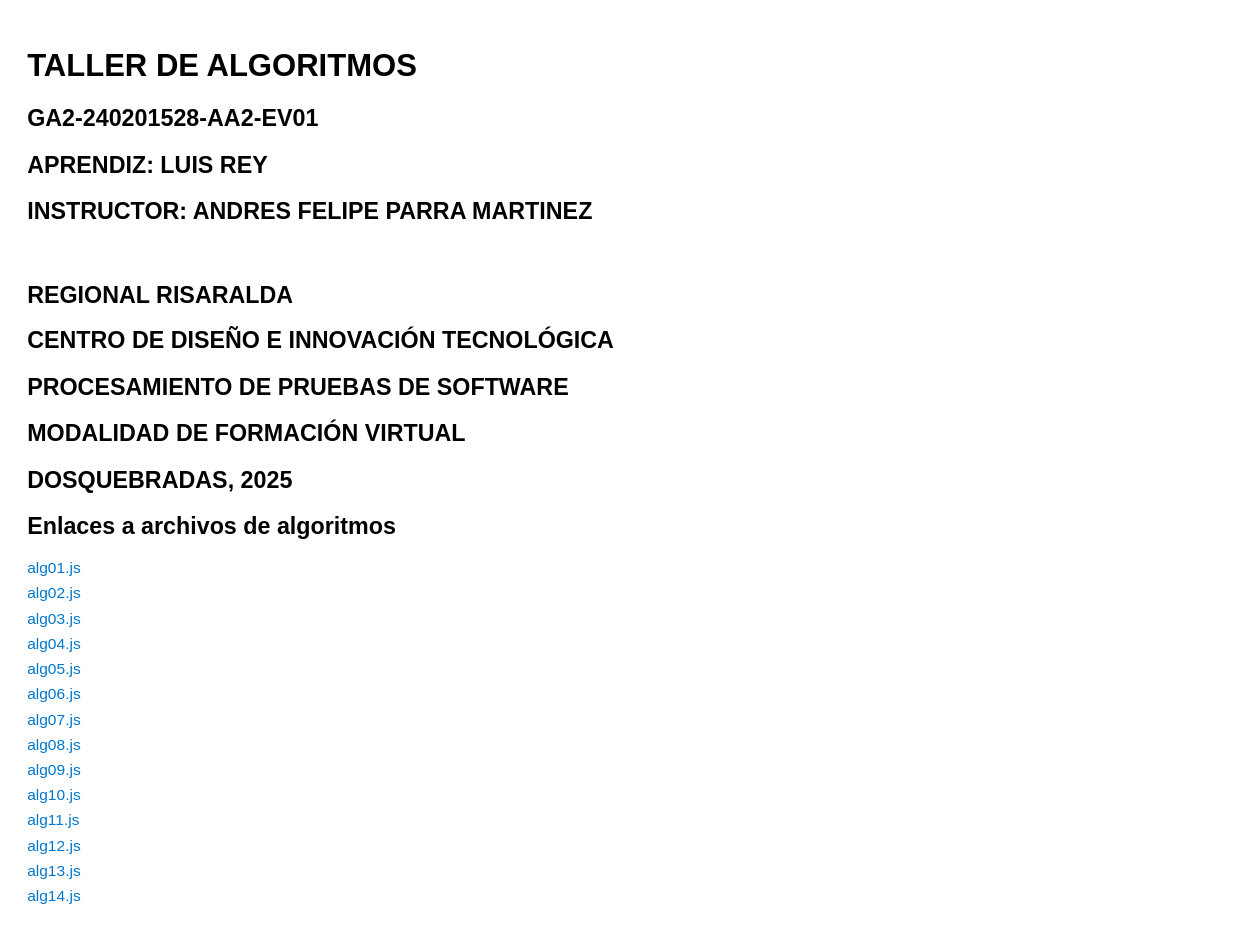
Repository: rlhardrock/SENATallerAlgoritmos01
Page: algoritmo.html
The author's editor kept a copy of each file at every save. The page is drawn from the files as they stood at one save, then again after the next save.
The browser window is 1280 px wide. The pictures show the whole page, at 97% of full size.

Above is the page before, as saved 2025-04-23 16:22:24.

After the next save:
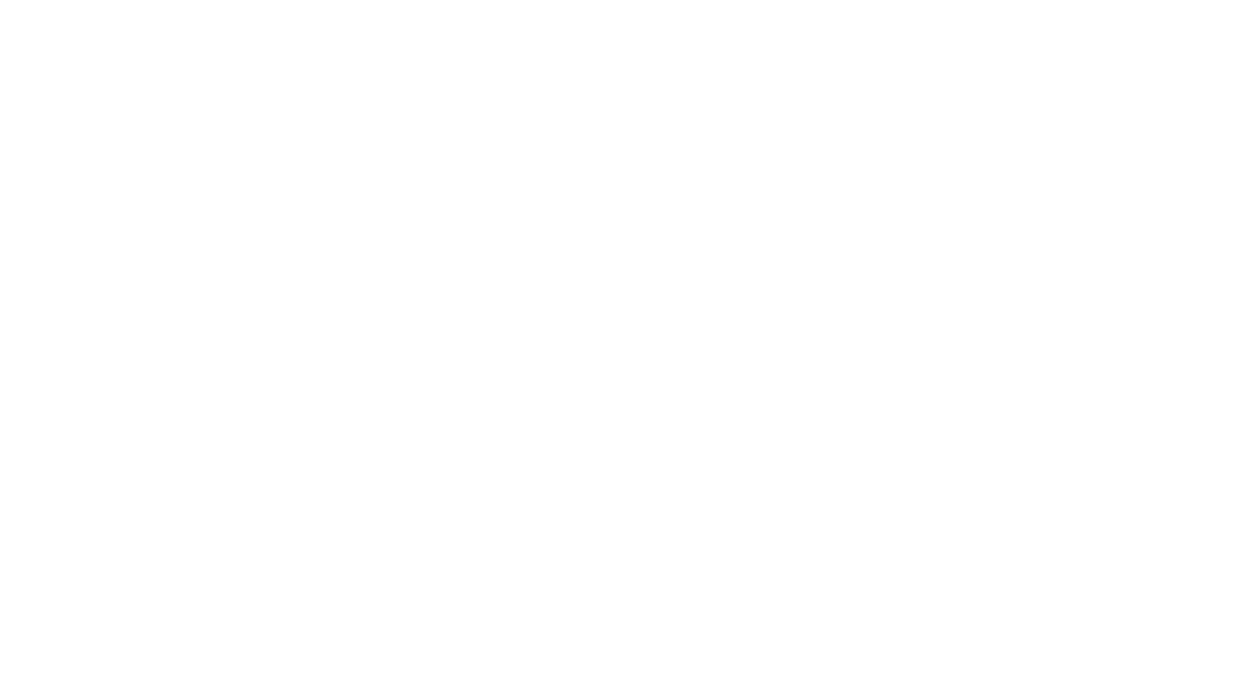
Saved 7 s later.
--- a/algoritmo.html
+++ b/algoritmo.html
@@ -37,38 +37,7 @@
 <body>
 
 
-  <div>
-    <h1>TALLER DE ALGORITMOS</h1>
-    <h2>GA2-240201528-AA2-EV01</h2>
-    <h2>APRENDIZ: LUIS REY</h2>
-    <h2>INSTRUCTOR: ANDRES FELIPE PARRA MARTINEZ</h2>
-    <br>
-    <h2>REGIONAL RISARALDA</h2>
-    <h2>CENTRO DE DISEÑO E INNOVACIÓN TECNOLÓGICA</h2>
-    <h2>PROCESAMIENTO DE PRUEBAS DE SOFTWARE</h2>
-    <h2>MODALIDAD DE FORMACIÓN VIRTUAL</h2>
-    <h2>DOSQUEBRADAS, 2025</h2>
-  </div>
 
-  <div>
-    <h2>Enlaces a archivos de algoritmos</h2>
-    <ul>
-        <li><a href="alg01.js">alg01.js</a></li>
-        <li><a href="alg02.js">alg02.js</a></li>
-        <li><a href="alg03.js">alg03.js</a></li>
-        <li><a href="alg04.js">alg04.js</a></li>
-        <li><a href="alg05.js">alg05.js</a></li>
-        <li><a href="alg06.js">alg06.js</a></li>
-        <li><a href="alg07.js">alg07.js</a></li>
-        <li><a href="alg08.js">alg08.js</a></li>
-        <li><a href="alg09.js">alg09.js</a></li>
-        <li><a href="alg10.js">alg10.js</a></li>
-        <li><a href="alg11.js">alg11.js</a></li>
-        <li><a href="alg12.js">alg12.js</a></li>
-        <li><a href="alg13.js">alg13.js</a></li>
-        <li><a href="alg14.js">alg14.js</a></li>
-    </ul>
-  </div>
 
 </body>
 </html>

After the 4 saves that followed:
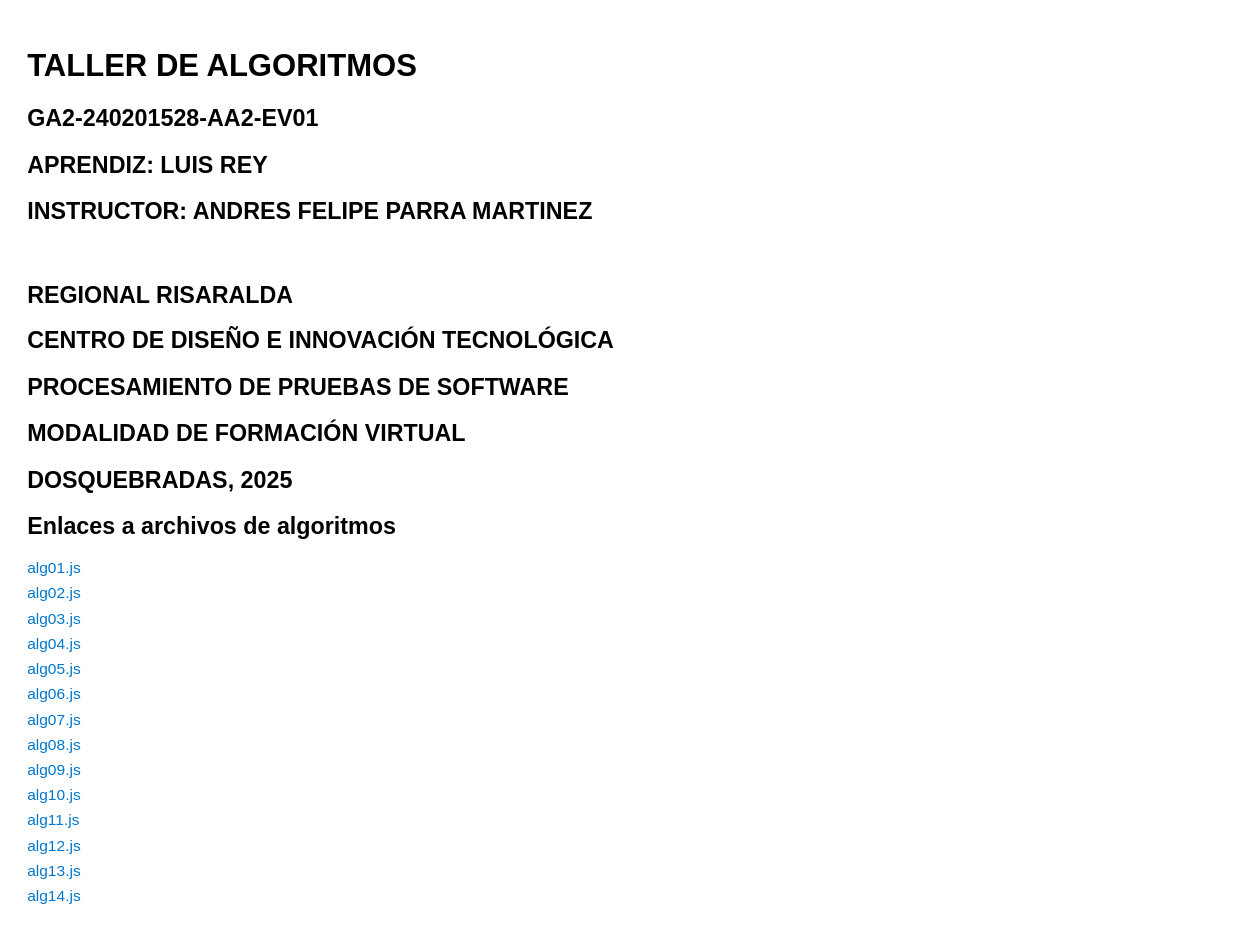
The 4 saves are shown as one change because they came seconds apart.
The last was saved 10 s later.
--- a/algoritmo.html
+++ b/algoritmo.html
@@ -35,9 +35,39 @@
   </style>
 </head>
 <body>
+    <div>
+        <div>
+    <h1>TALLER DE ALGORITMOS</h1>
+    <h2>GA2-240201528-AA2-EV01</h2>
+    <h2>APRENDIZ: LUIS REY</h2>
+    <h2>INSTRUCTOR: ANDRES FELIPE PARRA MARTINEZ</h2>
+    <br>
+    <h2>REGIONAL RISARALDA</h2>
+    <h2>CENTRO DE DISEÑO E INNOVACIÓN TECNOLÓGICA</h2>
+    <h2>PROCESAMIENTO DE PRUEBAS DE SOFTWARE</h2>
+    <h2>MODALIDAD DE FORMACIÓN VIRTUAL</h2>
+    <h2>DOSQUEBRADAS, 2025</h2>
+  </div>
 
-
-
-
+  <div>
+    <h2>Enlaces a archivos de algoritmos</h2>
+    <ul>
+        <li><a href="alg01.js">alg01.js</a></li>
+        <li><a href="alg02.js">alg02.js</a></li>
+        <li><a href="alg03.js">alg03.js</a></li>
+        <li><a href="alg04.js">alg04.js</a></li>
+        <li><a href="alg05.js">alg05.js</a></li>
+        <li><a href="alg06.js">alg06.js</a></li>
+        <li><a href="alg07.js">alg07.js</a></li>
+        <li><a href="alg08.js">alg08.js</a></li>
+        <li><a href="alg09.js">alg09.js</a></li>
+        <li><a href="alg10.js">alg10.js</a></li>
+        <li><a href="alg11.js">alg11.js</a></li>
+        <li><a href="alg12.js">alg12.js</a></li>
+        <li><a href="alg13.js">alg13.js</a></li>
+        <li><a href="alg14.js">alg14.js</a></li>
+    </ul>
+  </div>
+    </div>
 </body>
 </html>
